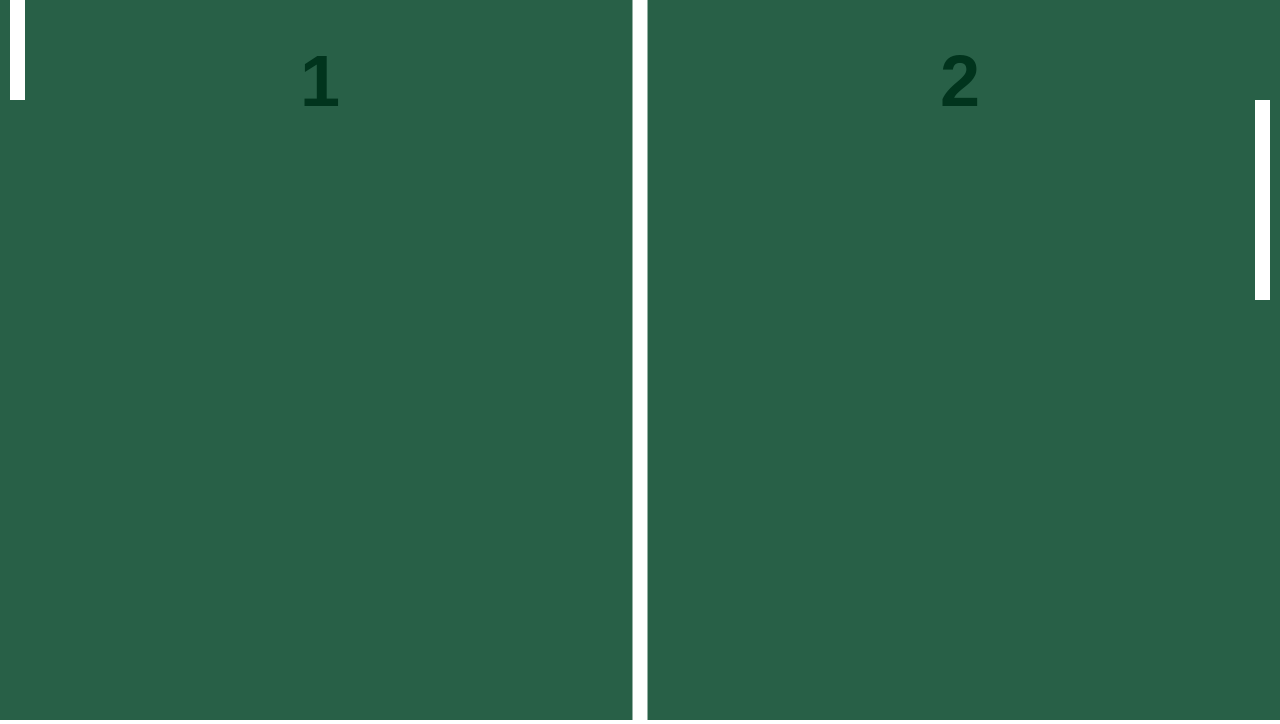
Repository: carlosrobertofigueiredo/Projeto-Ping-Pong
Page: index.html
The author's editor kept a copy of each file at every save. The page is drawn from the files as they stood at one save, then again after the next save.
The browser window is 1280 px wide. The pictures show the whole page.

Above is the page before, as saved 2023-05-01 16:20:43.

After the next save:
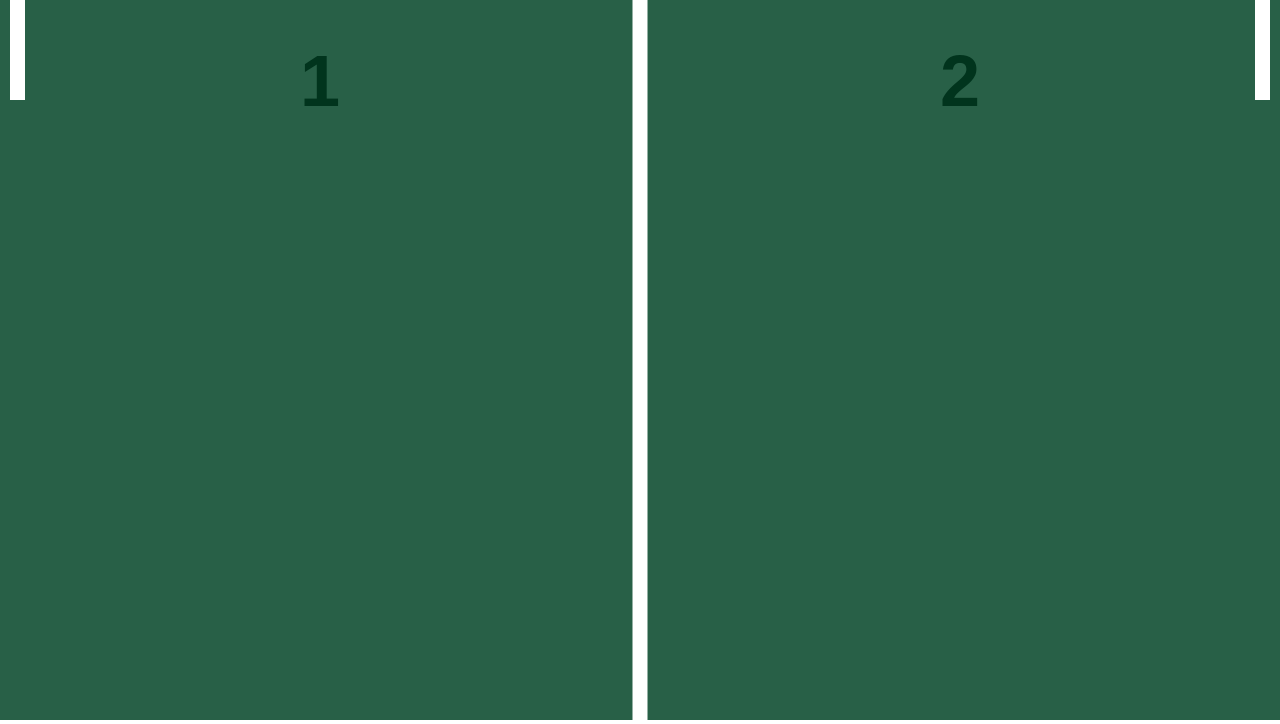
Saved 28 s later.
--- a/index.html
+++ b/index.html
@@ -81,7 +81,9 @@
           canvasCtx.fillStyle = "#ffffff"
          // desenha a raquete direita
         canvasCtx.fillRect(this.x, this.y, this.w, this.h)  //  this.x = afastamento da raquete da borda), this.y = altura da raquete em relação ao topo,  this.w = largura da linha, this.h = altura da raquete
-        },
+
+          this._move()
+       },
       }
 
       const score = {
